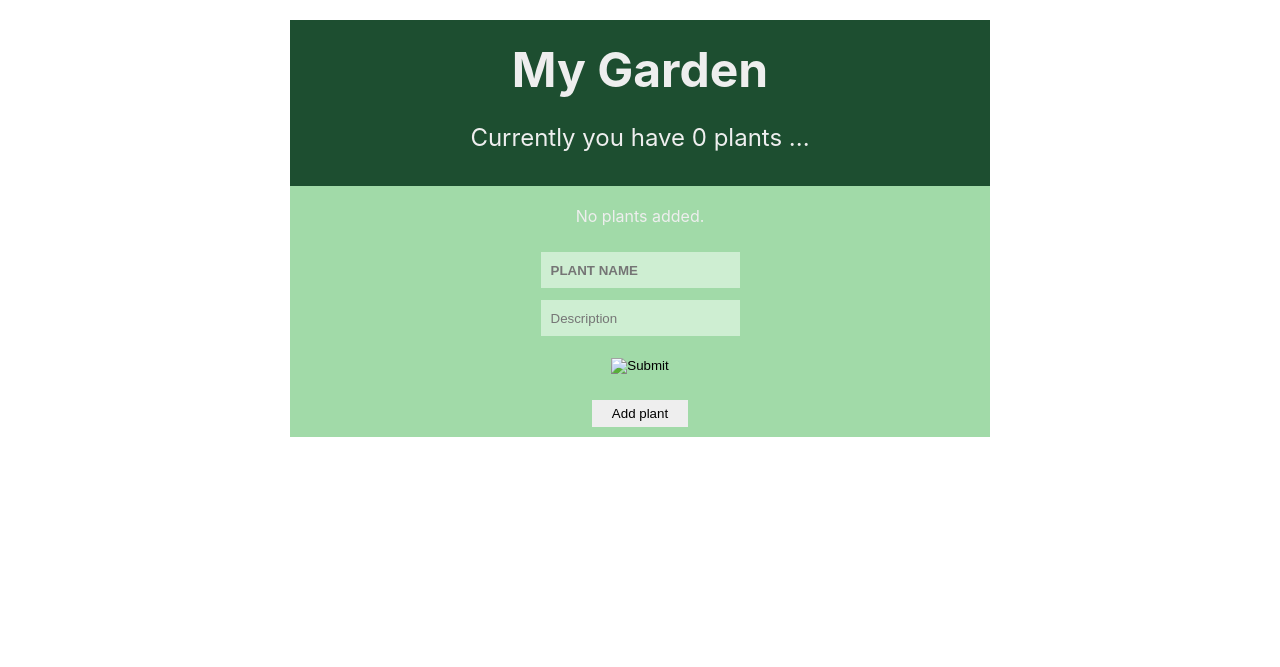
Repository: shadowmare358/MyGarden-with-Hooks-Context-Router
Page: /
The author's editor kept a copy of each file at every save. The page is drawn from the files as they stood at one save, then again after the next save.
The browser window is 1280 px wide. The pictures show the whole page.
The project was rebuilt for these pictures with package versions that can differ from the ones it lists, and the page was loaded fresh each time. Also part of the build but not shown: src/components/BookDetails.js, src/components/MainPage.js.

Above is the page before, as saved 2019-07-16 21:48:47.

### src/index.css
html{
  background-repeat: no-repeat;
  background-size: cover;
}
body {
  margin: 0;
  font-family: -apple-system, BlinkMacSystemFont, "Segoe UI", "Roboto", "Oxygen",
    "Ubuntu", "Cantarell", "Fira Sans", "Droid Sans", "Helvetica Neue",
    sans-serif;
  -webkit-font-smoothing: antialiased;
  -moz-osx-font-smoothing: grayscale;

}
.App{
  background: #a1daa8;
  margin: 20px auto;
  width: 90%;
  max-width: 700px;
  color: #eee;
}
.navbar{
  font-size: 24px;
  padding: 10px 20px;
  text-align: center;
  background: #1d4e30
}
.navbar h1{
  margin: 10px 0;
}

.book-list{
  margin: 20px;
}
.book-list ul{
  padding: 0;
  list-style-type: none;
}
.book-list li{
  display: flex;
  background: #215f2b;
  border-radius: 4px;
  padding: 10px;
  cursor: pointer;
  margin: 10px 0;
}
.book-list li:hover{
  opacity: 0.7;
  text-decoration: line-through;
}
.book-list .name{
  font-weight: bold;
  color: #fff;
  font-size: 1.2em;
}
.book-list .text{
  flex-grow: 1;
  align-self: center;
  font-size: 0.9em;
  color: #ddd;
}
.empty{
  margin: 20px;
  text-align: center;
}
input[type="desc"]{
  width: 100%;
  align-self: stretch;
  padding: 10px;
  box-sizing: border-box;
  margin: 6px 0;
  background: #ceeed2;
  color: #fff;
  border: 0;
}
input[type="name"]{
  width: 100%;
  align-self: stretch;
  padding: 10px;
  font-weight: bold;
  box-sizing: border-box;
  margin: 6px 0;
  background: #ceeed2;
  color: #fff;
  border: 0;
  text-transform: uppercase;
}
input[type="submit"]{
  margin: 10px auto;
  background: #eee;
  align-items: center;
  border: 0;
  padding: 6px 20px;
  display: inline-block;
}
input[type="image"]{
  margin: 10px auto;
  align-items: center;
  border: 0;
  padding: 6px 20px;
  display: inline-block;
}
form{
  display: grid;
  grid-template-rows: 1fr 1fr 1fr;
  justify-content: center;
}
img{
  width: 90px;
  height: 120px;
  align-self: flex-end;
  border: 5px solid white;
  border-radius: 20%;
}

gardenBtn{

}

### src/App.js
import React from 'react';
import Navbar from './components/Navbar';
import BookContextProvider from './contexts/BookContext';
import BookList from './components/BookList';
import NewBookForm from './components/BookForm';
import { BrowserRouter, Route} from 'react-router-dom'

function App() {
  return (
    <BrowserRouter>
    <div className="App">
      <BookContextProvider>
        <Navbar />
        <BookList />
        <Route path="/" exact component={NewBookForm}/>
      </BookContextProvider>
    </div>
    </BrowserRouter>
  );
}

export default App;

### src/components/Navbar.js
import React, { useContext } from 'react';
import { BookContext } from '../contexts/BookContext';

const Navbar = () => {
  const { books } = useContext(BookContext);
  return (
    <div className="navbar">
      <h1 className="navbar__title">My Garden</h1>
      <p className="navbar__p">Currently you have {books.length} plants ...</p>
    </div>
  );
}

export default Navbar;

### src/contexts/BookContext.js
import React, { createContext, useReducer, useEffect } from 'react';
import { bookReducer } from '../reducers/bookReducer'

export const BookContext = createContext();

const BookContextProvider = (props) => {
  const [books, dispatch] = useReducer(bookReducer, [], () => {
    const localData = localStorage.getItem('books');
    return localData ? JSON.parse(localData) : []
  });
  useEffect(() => {
    localStorage.setItem('books', JSON.stringify(books))
  }, [books])

  return (
    <BookContext.Provider value={{ books, dispatch }}>
      {props.children}
    </BookContext.Provider>
  );
}

export default BookContextProvider;

### src/components/BookList.js
import React, { useContext } from 'react';
import BookDetails from './BookDetails';
import { BookContext } from '../contexts/BookContext';

const BookList = () => {
  const { books } = useContext(BookContext);
  return books.length ? (
    <div className="book-list">
      <ul>
        {books.map(book => {
          return ( <BookDetails book={book} key={book.id} /> );
        })}
      </ul>
    </div>
  ) : (
    <div className="empty">No plants added.</div>
  );
}

export default BookList;

### src/components/BookForm.js
import React, { useContext, useState} from 'react';
import {BookContext} from '../contexts/BookContext';
import plantImg from '../images/E6A94B58-3203-4FB0-9C64-87E1AD2B9DF9.png'
import {Link} from 'react-router-dom';
import MainPage from './MainPage';
import { BrowserRouter as Router, Route } from "react-router-dom";

const NewBookForm = () => {
    const {dispatch} = useContext(BookContext)
    const [title,setTitle] = useState('');
    const [author,setAuthor] = useState('');
    const [image, setImage] = useState('')
    const { books } = useContext(BookContext);

    const handleSubmit = (e) => {
        e.preventDefault();
        dispatch({type: 'ADD_BOOK', book: {title, author, image}})
        setTitle('');
        setAuthor('');
    }
    return (
        <form className="addPage" onSubmit={handleSubmit}>
            <input className="addPage_input-type-name" type="name" placeholder="Plant name" value={title} onChange={(e) => setTitle(e.target.value)} required/>
            <input className="addPage_input-type-desc" type="desc" placeholder="Description" value={author} onChange={(e) => setAuthor(e.target.value)} required/>
            <input className="addPage_input-type-image" type="image" accept="image/*" onChange={(e) => setImage(plantImg)}/>
            <input className="addPage_input-type-submit" type="submit" value="Add plant"/>
            {books.length >= 1 ? <Link to="/mainPage" className="addPage__moveMain">Move to Garden Panel</Link> : ''}
        </form>
     );
}

export default NewBookForm;

### src/reducers/bookReducer.js
import uuid from 'uuid/v1'

export const bookReducer = (state, action) => {
    switch(action.type){
        case 'ADD_BOOK':
            return [...state, {
                title: action.book.title,
                author: action.book.author,
                image: action.book.image,
                id: uuid()
            }]
        case 'REMOVE_BOOK':
            return state.filter(book => book.id !== action.id)
        default:
            return state
    }
}

Loaded but not shown: public/index.html (common file); src/index.js (common file); src/serviceWorker.js (common file)

After the next save:
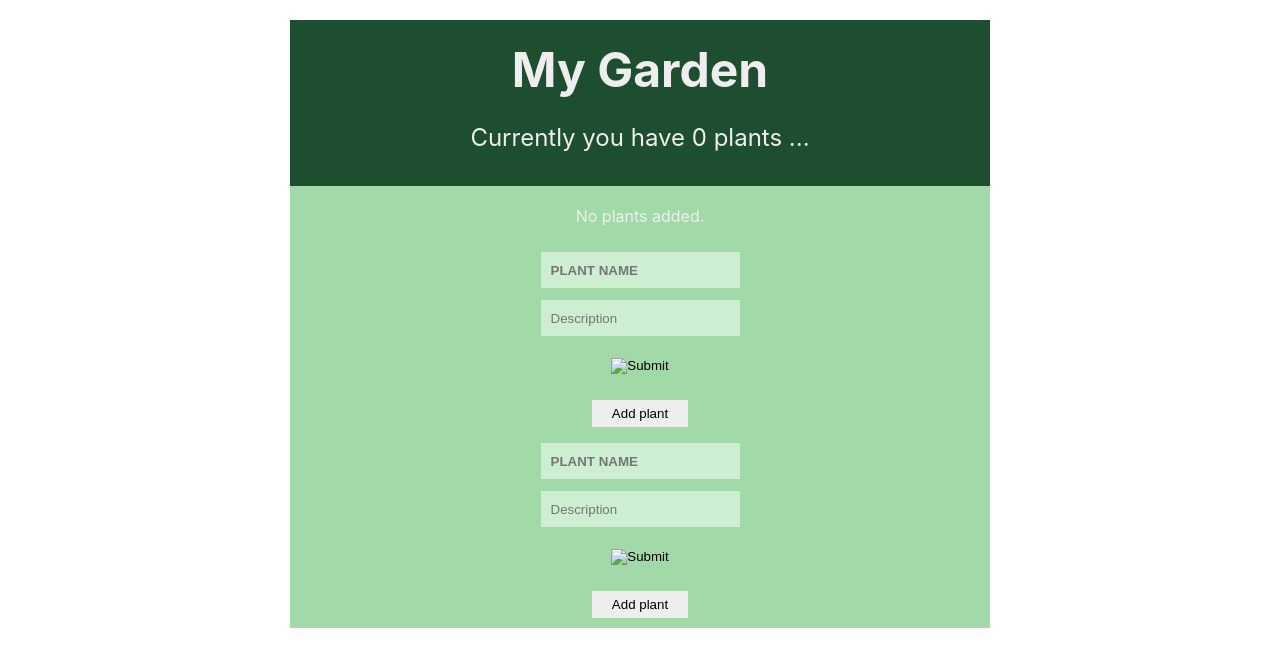
Saved 9 s later.
--- a/src/App.js
+++ b/src/App.js
@@ -13,6 +13,7 @@
         <Navbar />
         <BookList />
         <Route path="/" exact component={NewBookForm}/>
+        <Route path="/" exact component={NewBookForm}/>
       </BookContextProvider>
     </div>
     </BrowserRouter>

After the 2 saves that followed:
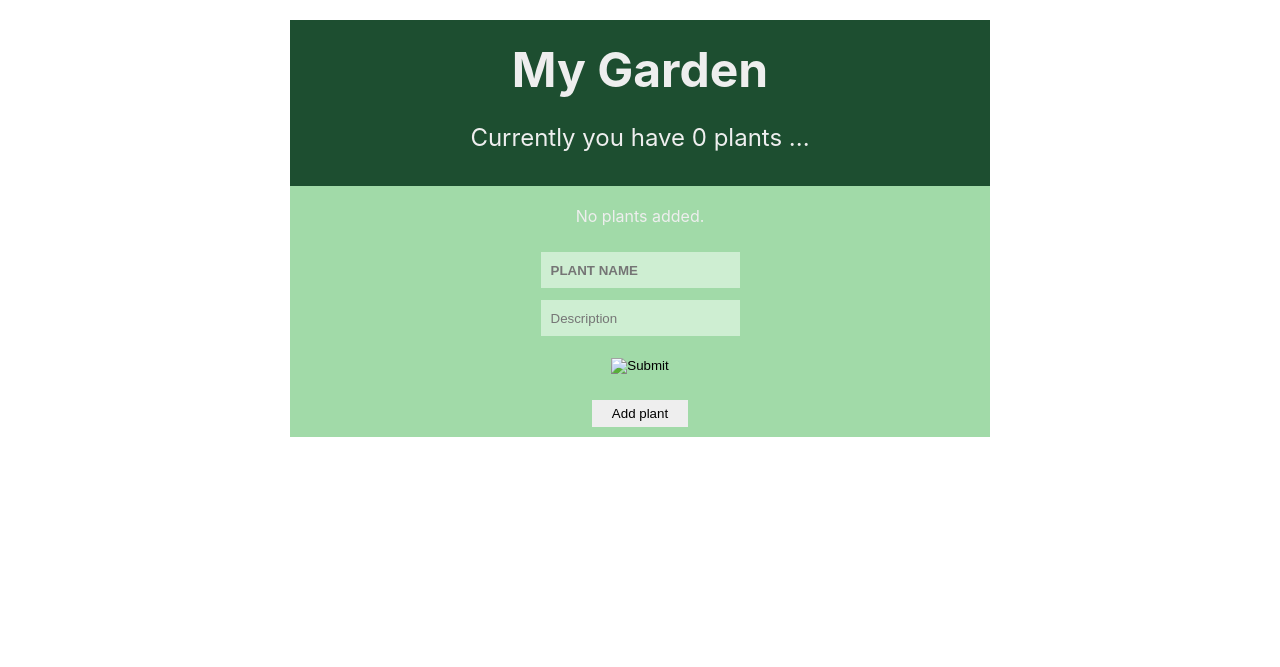
The 2 saves are shown as one change because they came seconds apart.
The last was saved 75 s later.
--- a/src/App.js
+++ b/src/App.js
@@ -13,7 +13,7 @@
         <Navbar />
         <BookList />
         <Route path="/" exact component={NewBookForm}/>
-        <Route path="/" exact component={NewBookForm}/>
+        <Route path="/" exact componen/>
       </BookContextProvider>
     </div>
     </BrowserRouter>
